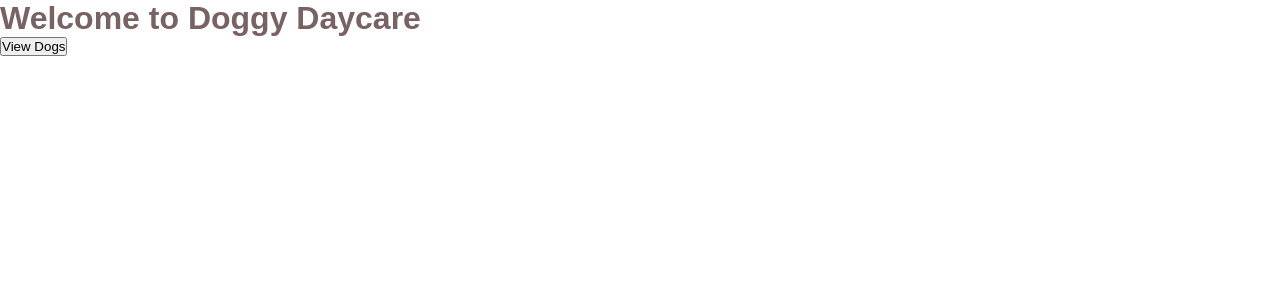
Repository: henrik-malm/doggy-daycare
Page: / (app in 451doggy-daycare/)
The author's editor kept a copy of each file at every save. The page is drawn from the files as they stood at one save, then again after the next save.
The browser window is 1280 px wide. The pictures show the whole page.
The project was rebuilt for these pictures with package versions that can differ from the ones it lists, and the page was loaded fresh each time. The framework's server and built-in components were replaced by stand-ins that run in the browser. Also part of the build but not shown: 451doggy-daycare/next.config.mjs.

Above is the page before, as saved 2025-02-28 06:51:13.

### 451doggy-daycare/app/page.js
"use client";
import { useRouter } from "next/navigation";

export default function HomePage() {
  const router = useRouter();

  return (
    <div>
      <h1>Welcome to Doggy Daycare</h1>
      <button onClick={() => router.push("/dogs")}>View Dogs</button>
    </div>
  );
}

### 451doggy-daycare/app/globals.css
:root {
  --background: #ffffff;
  --foreground: #796262;
}


html,
body {
  max-width: 100vw;
  overflow-x: hidden;
}

body {
  color: var(--foreground);
  background: var(--background);
  font-family: Arial, Helvetica, sans-serif;
  -webkit-font-smoothing: antialiased;
  -moz-osx-font-smoothing: grayscale;
}

* {
  box-sizing: border-box;
  padding: 0;
  margin: 0;
}

Loaded but not shown: 451doggy-daycare/app/layout.js (common file)

After the next save:
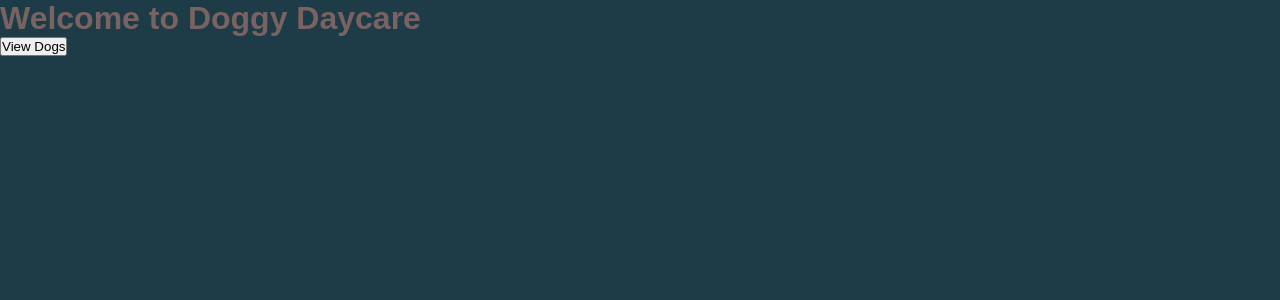
Saved 11 s later.
--- a/451doggy-daycare/app/globals.css
+++ b/451doggy-daycare/app/globals.css
@@ -1,5 +1,5 @@
 :root {
-  --background: #ffffff;
+  --background: #1e3c47;
   --foreground: #796262;
 }
 
